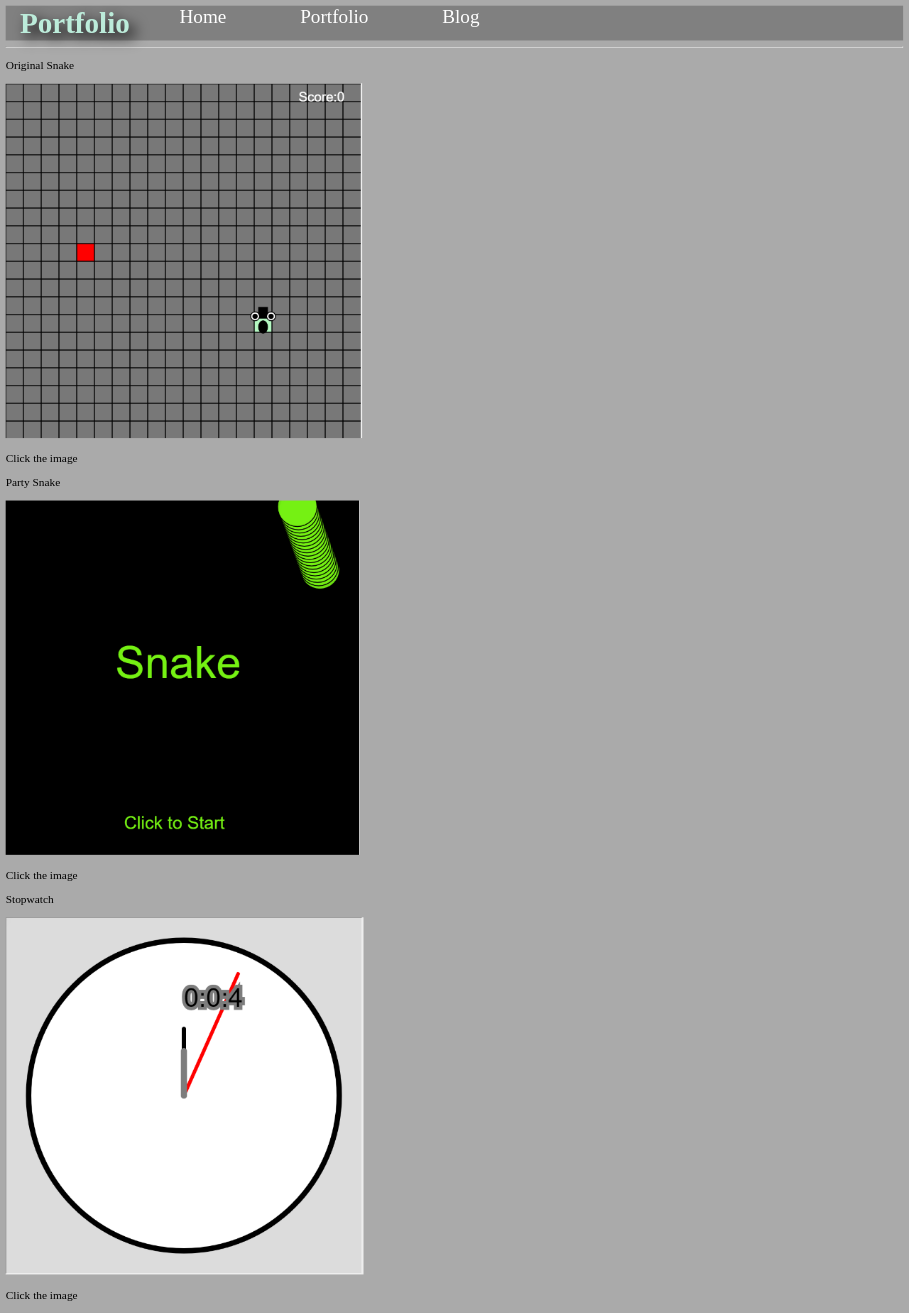
Repository: TundraGrassland/-TundraGrassland.github.io
Page: portfolio.html
The author's editor kept a record of every edit. The page is drawn from the files as they stood at one moment, then again after the next edit.
The browser window is 1280 px wide. The pictures show the whole page, at 71% of full size.

Above is the page before.

### portfolio.html
<!DOCTYPE html>
<html>
    <head>
        <title>Portfolio</title>
        <link rel='stylesheet' href='style.css'>
    </head>
    <body>
        <header>
            <h1>Portfolio</h1>
            <ul>
                <li><a class="interactive" href="index.html">Home</a></li>
                <li><a class="interactive" href="portfolio.html">Portfolio</a></li>
                <li><a class="interactive" href="blog.html">Blog</a></li>
            </ul>
            <br>
        </header>

        <hr>
        <p>Original Snake</p>
        <a href = "ogSnake.html">
            <img src = "./img/ogSnake.png">
        </a>
        <br>
        <p>Click the image</p>
        <p>Party Snake</p>
        <a href = "partySnake.html">
            <img src = "./img/partySnake.png">
        </a>
        <p>Click the image</p>
        <p>Stopwatch</p>
        <a href = "stopwatch.html">
            <img src = "./img/stopwatch.png">
        </a>
        <p>Click the image</p>

</html>

### style.css
header a{
    text-decoration:none;
    color:white;
    font-size:27px;
}
header ul{
    margin:0;
    padding:0;
}
header li{
    float:none;
    display:inline;
    padding:30px 50px 100px 50px;
}
header .interactive:hover{
    color:lightblue;
    font-family:Times;
    filter: drop-shadow(8px 8px 10px black);
}
header h1{
    margin:0;

    float:left;

    padding:0 20px 5px 20px;
    font-size:41px;
    filter: drop-shadow(8px 8px 10px black);
    color:#bcecda;
}
header{
    background-color:grey;
}
body{
    background-color:#aaaaaa;
}
.content{

    color:#ff8f00;
}
.current{
    color:#222222;
}

iframe{
  display: block;
  margin-left: auto;
  margin-right: auto;
}

After the next edit:
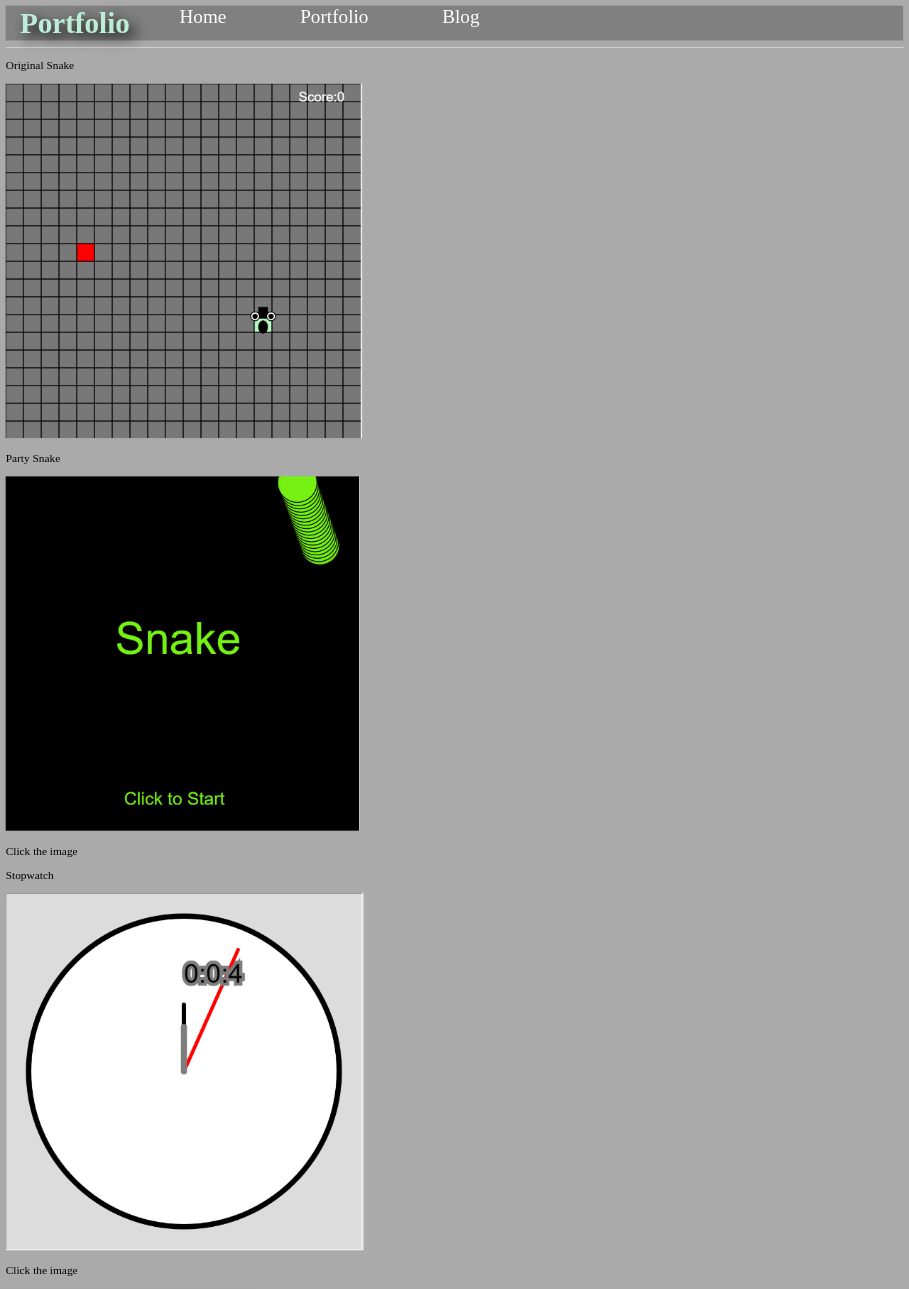
The edit:
--- a/portfolio.html
+++ b/portfolio.html
@@ -21,7 +21,6 @@
             <img src = "./img/ogSnake.png">
         </a>
         <br>
-        <p>Click the image</p>
         <p>Party Snake</p>
         <a href = "partySnake.html">
             <img src = "./img/partySnake.png">
